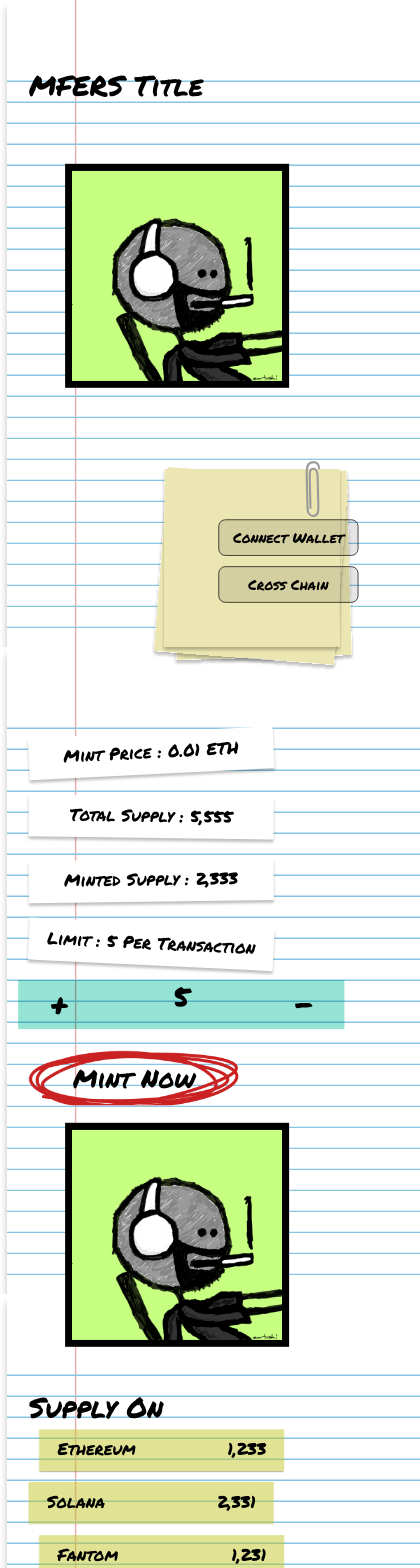
Repository: danishmahmoodawan/mfers
Page: /
The author's editor kept a copy of each file at every save. The page is drawn from the files as they stood at one save, then again after the next save.
The browser window is 600 px wide. The pictures show the part of the page from y = 0 to 2240 px (the page is 3671 px tall), at 70% of full size.
The project was rebuilt for these pictures with package versions that can differ from the ones it lists, and the page was loaded fresh each time.

Above is the page before, as saved 2022-04-06 01:00:30.

### public/index.html
<!DOCTYPE html>
<html lang="en">
  <head>
    <meta charset="utf-8" />
    <meta name="viewport" content="width=device-width, initial-scale=1" />
    <link rel="stylesheet" href="https://cdnjs.cloudflare.com/ajax/libs/twitter-bootstrap/4.6.0/css/bootstrap.min.css">
	<link rel="stylesheet" href="https://cdnjs.cloudflare.com/ajax/libs/font-awesome/5.15.4/css/all.min.css">
	<link rel="stylesheet" href="assets/css/style.css">
	<title>Mfers</title>
  </head>
  <body>
    <noscript>You need to enable JavaScript to run this app.</noscript>
    <div id="root"></div>
	<script src="https://cdnjs.cloudflare.com/ajax/libs/jquery/3.5.1/jquery.slim.min.js"></script>
	<script src="https://cdnjs.cloudflare.com/ajax/libs/popper.js/1.16.1/umd/popper.min.js"></script>
	<script src="https://cdnjs.cloudflare.com/ajax/libs/twitter-bootstrap/4.6.0/js/bootstrap.min.js"></script>
  </body>
</html>

### src/pages/Home.js

import { useState, useEffect } from 'react';
function Home() {

  return (
   <>
	<section className="first_section">
	<div className="container-fluid">
		<div className="row adj_row mfer_row">
			<div id="first" className="col-sm-12 col-md-6 col-lg-4 text-left mfer_col">
					<h1 className="headig_set">MFERS Title</h1>
                    <img src="../assets/images/character_img.png" />
				</div>

                <div id="second" className="col-sm-12 col-md-6 col-lg-4 text-center">

            <div className="main_divider"></div>

				<div className="mint_box">
                	<span className="mint_set"> Mint Price : 0.01 ETH</span>
                    </div>

                    <div className="mint_box mint_suply">
                	<span className="mint_set"> Total Supply : 5,555</span>
                    </div>

                    <div className="mint_box minted_suply">
                	<span className="mint_set"> Minted Supply : 2,333</span>
                    </div>

                    <div className="mint_box limit_trans">
                	<span className="mint_set"> Limit : 5 Per Transaction</span>
                    </div>
                    </div>
                <div id="third" className="col-sm-12 col-md-6 col-lg-4 text-right">
					<div className="set_sticky">
                    <img src="../assets/images/sticky_note.svg" />
  <div className="text-block">
    <a className="buttonsw" href="https://discord.com" target={{target:"_blank"}}>Connect Wallet</a>
    <a className="buttonsw" href="https://discord.com" target={{target:"_blank"}}>Cross Chain</a>

  </div>
                    </div>
				</div>

				</div>
                <div className="row adj_row mfer_row">
			<div id="fourth" className="col-sm-12 col-md-6 col-lg-4 text-left img_set mfer_col">
                    <img src="../assets/images/character_img.png" />
				</div>

                <div id="fifth" className="col-sm-12 col-md-6 col-lg-4 text-center ">
                <div className="minted_sec"></div>

                <div className="row minted_row">
			       <div className="col-3 cent_icon"> <a href="#"><img src="assets/images/plus.svg" alt="" /></a></div>
					<div className="col-6 cent_icon"><h1 className="counted">5</h1></div>
					<div className="col-3 cent_icon"><a href="#"><img src="assets/images/minus.svg" alt="" /></a></div>
					</div>
                    <div className="minted_btn">
    <a className="button_mint" href="https://discord.com" target={{target:"_blank"}}>Mint Now</a> </div>
                </div>
                <div id="sixth"  className="col-sm-12 col-md-6 col-lg-4 suply_col">
                <h1>Supply On</h1>
                <div className="supply_box mint_left">
                	<span className="mint_set"> Ethereum </span>
                    <span className="mint_set mint_right"> 1,233 </span> </div>

                <div className="supply_box">
                	<span className="mint_set"> Solana </span>
                    <span className="mint_set mint_right"> 2,331 </span> </div>

                <div className="supply_box mint_left">
                	<span className="mint_set"> Fantom </span>
                    <span className="mint_set mint_right"> 1,231 </span> </div>

                <div className="supply_box">
                	<span className="mint_set"> Fantom </span>
                    <span className="mint_set mint_right"> 1,231 </span> </div>

                <div className="supply_box mint_left">
                	<span className="mint_set"> Fantom </span>
                    <span className="mint_set mint_right"> 1,231 </span> </div>

</div>
				</div>
				</div>

</section>
<section>
<div className="container-fluid">
		<div className="row adj_row mfer_row">
			<div className="col-sm-12 col-md-6 col-lg-4 text-left mfer_col">
                    <img src="../assets/images/character_img.png" />
				</div>
                <div className="col-sm-12 col-md-6 col-lg-8">
<p className="paraset">
Lorem ipsum dolor sit amet,<br /> consectetur adipiscing elit. Fusce<br /> faucibus elementum euismod. Nullam ut <br />
nunc interdum, vehicula nisi elementum, <br />tincidunt mi. Phasellus orci massa,<br /> convallis sed aliquet ac, cursus mollis <br />
urna. Praesent nec accumsan urna.
</p>
				</div>
                </div>
                <div className="row">
                <div className="col-12 text-center mt-5 mb-5">
                                    <img src="../assets/images/roadmap.png" />
                </div>
                </div>
                </div>
    </section>
   	</>
  );
}

export default Home;

### public/assets/css/style.css

@font-face {
    font-family: 'Permanent-Marker';
    src: url('../fonts/PermanentMarker-Regular.ttf');
}
body{
    background: white;
    background-image: url('../images/bg-web.svg');
    background-repeat: repeat-y;
    background-size: inherit;
}
h1{
    font-family: 'Permanent-Marker';
    font-size: 60px;
    color: #000;
}
.set_sticky{

    /* background-image: url('../images/sticky_note.svg');
    background-repeat: no-repeat;
 */
 position: relative;

}
.headig_set{
    margin-top: 35%;
    margin-bottom: 19%;
}
.minted_row{
background: #94E3D5;
mix-blend-mode: multiply;
width: 90%;
}
.minted_sec{
height: 15%;
}
.minted_btn{
    background-image: url('../images/mint_btn.png');
background-repeat: no-repeat;
background-size: cover;
width: 300px;
margin-top: 6%;
}
.minted_btn a{
    font-size: 36px;
    font-family: 'Permanent-Marker';
color: #000;
line-height: 78px;
}
.cent_icon{
    align-items: center;
    line-height: 70px;
}
.buttonsw {
    font-size: 20px;
    font-family: 'Permanent-Marker';
    margin: 15px 2px;
    cursor: pointer;
    background: rgba(0, 0, 0, 0.1);
border: 1px solid #000000;
box-sizing: border-box;
border-radius: 10px;
padding: 10px 20px;
color: black;
display: block;
text-align: center;
  }

.text-block {
    position: absolute;
    top: 30%;
    right: 25px;
    padding-left: 20px;
    padding-right: 20px;
  }
  .mint_set{
    color: #000;
    font-family: 'Permanent-Marker';
font-style: normal;
font-weight: 400;
font-size: 24px;
line-height: 56px;

  }
  .suply_col{
position: relative;
top: -180px;
  }
  .supply_box{
    height: 60px;
    background: rgba(195, 198, 40, 0.5);
    box-shadow: 0px 2px 2px rgba(0, 0, 0, 0.25);
    width: 350px;
    margin: 0 0 3% 0;
    padding: 0 5%;
  }
  .mint_right{
      float: right;
  }
  .mint_left{
position: relative;
left: 15px;
  }
  .mint_box{
    height: 60px;
    background: #FFFFFF;
    box-shadow: 0px 4px 4px rgba(0, 0, 0, 0.25);
    transform: rotate(-2.88deg);
    width: 350px;
    margin: 0 0 3% 0;
  }
  .mint_suply{
    transform: rotate(0.8deg);
    margin: 6% 0;
  }
  .minted_suply{
    transform: rotate(-0.74deg);
    margin: 6% 0;
  }
  .limit_trans{
    transform: rotate(2.74deg);
    margin: 6% 0;
  }
  .main_divider{
height: 42%;
  }
  .paraset{
    font-family: 'Permanent-Marker';
    font-style: normal;
    font-weight: 400;
    font-size: 30px;
    line-height: 39px;
    color: black;
  }
  .img_set img{
margin: 4% 0;
  }
@media screen and (max-width: 1220px) and (min-width: 992px) {
   .mfer_col img{
       width: 90%;
   }
    .headig_set{
        margin-top: 19%;
        margin-bottom: 10%;
    }
    .suply_col{
        top: -35px;
    }
    .minted_row{
        margin: 0 auto;
    }
    .minted_sec{
        height: 25%;
    }
    .mint_set{
        font-size: 20px;
    }
    .mint_box{
width: 270px;
    }
    .supply_box{
        width: 290px;
    }
    h1{
        font-size: 40px;
    }
    .suply_col h1{
text-align: center;
    }
    .mfer_row{
        margin-left: 9%;
    }
    .cent_icon{
        line-height: 45px;
    }
    .paraset br{
        display: none;
    }

}
@media screen and (max-width: 1025px) and (min-width: 992px) {
.text-block{
    right: 0;
}
}
@media only screen and (min-width: 1220px) {
.adj_row{
margin-left: 15%;
margin-right: 0%;
}
body{
background-size: cover;
background-repeat: no-repeat;
}
}

@media screen and (max-width: 1499px) and (min-width: 1200px) {

h1{
    font-size: 48px;
}
}

@media only screen and (max-width: 1024px) and (min-width: 768px) {

    #first{
        order: 1
            }
            #second{
        order: 3
            }
            #third{
                order: 2;
            }
            #fourth{
order:2;
            }
            #fifth{
order:1;
            }
            #sixth{
order: 3;
            }
            #fourth img{
                width: 80%;
                float: right;
            }
            .suply_col{
                top: -60px;
            }
            h1{
                font-size: 40px;
            }
            .headig_set {
                margin-top: 20%;
                margin-bottom: 6%;
            }
            .mfer_row{
                margin-left: 12%;
            }
            .main_divider{
                height: 10%;
            }
            .minted_sec{
                height: 10%;
            }
}
  @media only screen and (max-width: 767px) {
    h1{
        font-size: 40px;
    }
    body, html{
        overflow-x: hidden;
    }
    .mfer_row{
margin-left: 2%;
margin-right: 2%;
    }
    .main_divider{
        height: 10%;
    }
    .headig_set{
        margin-top: 19%;
        margin-bottom: 7%;
    }
    #first{
        order: 1
            }
            #second{
        order: 3
            }
            #third{
                order: 2;
            }
            #fourth{
order:2;
            }
            #fifth{
order:1;
            }
            #sixth{
order: 3;
            }
            .suply_col{
                top: 10px;
            }
            .mfer_row img{
margin: 10% 10%;
            }

}

Loaded but not shown: src/index.js (common file); src/index.css (common file); src/App.js (common file); src/reportWebVitals.js (common file)

After the next save:
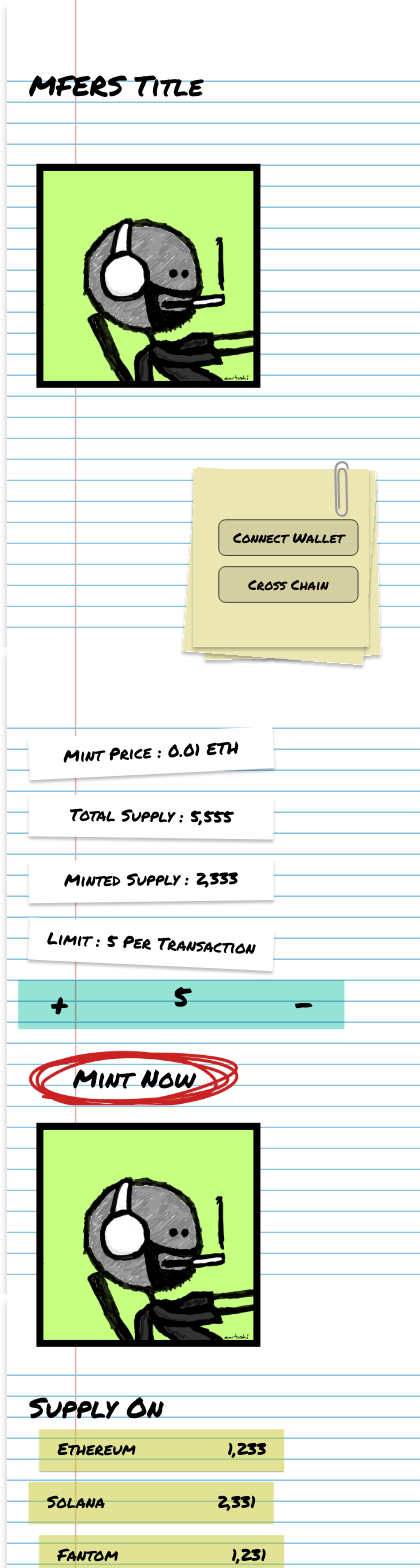
Saved 23 s later.
--- a/public/assets/css/style.css
+++ b/public/assets/css/style.css
@@ -285,7 +285,7 @@
                 top: 10px;
             }
             .mfer_row img{
-margin: 10% 10%;
-            }
-
-}
+margin: 10% 2%;
+            }
+
+}
